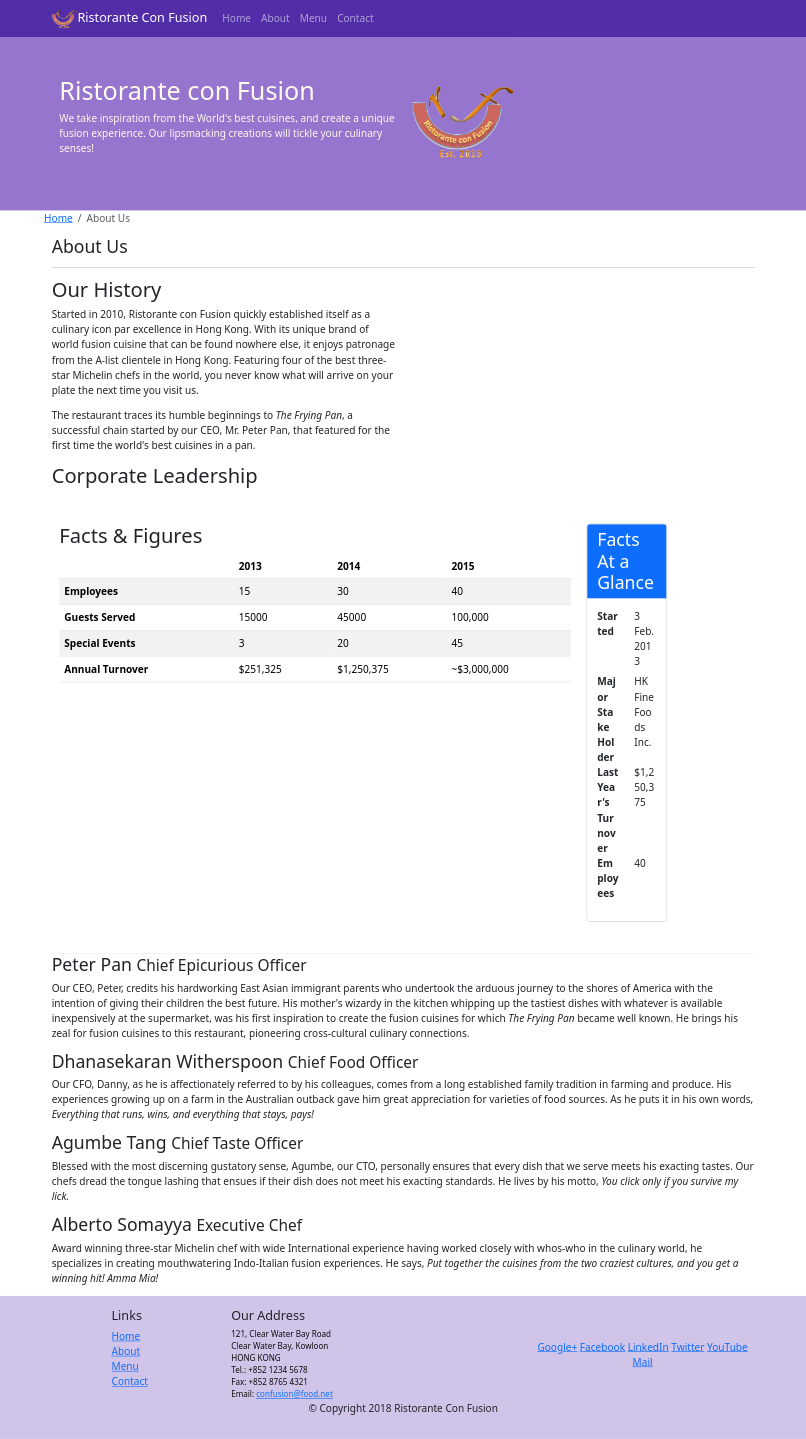
Repository: DungBuiTuan/FER201m
Page: aboutus.html
An editor plug-in stored every save of this project. The page is shown before and after the next save, followed by the edit.
The browser window is 1280 px wide. The pictures show the whole page, at 63% of full size.
Some web libraries are served in a nearby version.

Above is the page before, as saved 2023-05-18 00:09:53.

### aboutus.html
<!DOCTYPE html>
<html lang="en">

<head>

    <title>Ristorante Con Fusion: About Us</title>
    <meta charset="utf-8">
    <meta name="viewport" content="width=device-width, initial-scale=1, shrink-to-fit=no">
    <meta http-equiv="x-ua-compatible" content="ie=edge">
    <!-- Bootstrap CSS -->
    <link rel="stylesheet" href="node_modules/bootstrap/dist/css/bootstrap.min.css">
    <link href="CSS/styles.css" rel="stylesheet">
</head>

<body>
    <nav class="navbar navbar-dark navbar-expand-sm fixed-top">
        <div class="container">
            <button class="navbar-toggler" type="button" data-toggle="collapse" data-target="#Navbar">
                <span class="navbar-toggler-icon"></span>
            </button>
            <a class="navbar-brand mr-auto" href="#"><img src="img/img/logo.png" height="30" width="41">Ristorante Con Fusion</a>
            <div class="collapse navbar-collapse" id="Navbar">
                <ul class="navbar-nav mr-auto">
                    <li class="nav-item active"><a class="nav-link" href="#">Home</a></li>
                    <li class="nav-item"><a class="nav-link" href="./aboutus.html">About</a></li>
                    <li class="nav-item"><a class="nav-link" href="#">Menu</a></li>
                    <li class="nav-item"><a class="nav-link" href="#">Contact</a></li>
                </ul>
            </div>

        </div>

    </nav>
    <header class="jumbotron">
        <div class="container">
            <div class="row row-header">
                <div class="col-12 col-sm-6">
                    <h1>Ristorante con Fusion</h1>
                    <p>We take inspiration from the World's best cuisines, and create a unique fusion experience. Our lipsmacking creations will tickle your culinary senses!</p>
                </div>
                <div class="col-12 col-sm align-self-center">
                    <img src="img/img/logo.png" class="img-fluid">
                </div>
            </div>
        </div>
    </header>

    <div class="container">
        <div class="row">
            <ol class="col-12 breadcrumb">
                <li class="breadcrumb-item"><a href="./index.html">Home</a></li>
                <li class="breadcrumb-item active">About Us</li>
            </ol>
            <div class="col-12">
               <h3>About Us</h3>
               <hr>
            </div>
        </div>

        <div class="row">
            <div class="col-12 col-sm-6 col-md-6">
                <h2>Our History</h2>
                <p>Started in 2010, Ristorante con Fusion quickly established itself as a culinary icon par excellence in Hong Kong. With its unique brand of world fusion cuisine that can be found nowhere else, it enjoys patronage from the A-list clientele in Hong Kong.  Featuring four of the best three-star Michelin chefs in the world, you never know what will arrive on your plate the next time you visit us.</p>
                <p>The restaurant traces its humble beginnings to <em>The Frying Pan</em>, a successful chain started by our CEO, Mr. Peter Pan, that featured for the first time the world's best cuisines in a pan.</p>
            </div>
            <div>
            </div>
        </div>


        <div class="row">
            <div class="col col-sm col-md">
                <div>
                    <div>
                        <h2>Corporate Leadership</h2>
                        <div class="row row-content">
                            <div class="col-12 col-sm-9">
                                <h2>Facts &amp; Figures</h2>
                                <div class="table-responsive">
                                    <table class="table table-striped">
                                        <thead class="thead-dark">
                                            <tr>
                                                <th>&nbsp;</th>
                                                <th>2013</th>
                                                <th>2014</th>
                                                <th>2015</th>
                                            </tr>
                                        </thead>
                                        <tbody>
                                            <tr>
                                                <th>Employees</th>
                                                <td>15</td>
                                                <td>30</td>
                                                <td>40</td>
                                            </tr>
                                            <tr>
                                                <th>Guests Served</th>
                                                <td>15000</td>
                                                <td>45000</td>
                                                <td>100,000</td>
                                            </tr>
                                            <tr>
                                                <th>Special Events</th>
                                                <td>3</td>
                                                <td>20</td>
                                                <td>45</td>
                                            </tr>
                                            <tr>
                                                <th>Annual Turnover</th>
                                                <td>$251,325</td>
                                                <td>$1,250,375</td>
                                                <td>~$3,000,000</td>
                                            </tr>
                                        </tbody>
                                    </table>
                                </div>
                            </div>
                            <div class="col-12 col-sm-3">
                                <div class="col-12 col-sm-6">
                                    <div class="card">
                                        <h3 class="card-header bg-primary text-white">Facts At a Glance</h3>
                                        <div class="card-body">
                                            <dl class="row">
                                                <dt class="col-6">Started</dt>
                                                <dd class="col-6">3 Feb. 2013</dd>
                                                <dt class="col-6">Major Stake Holder</dt>
                                                <dd class="col-6">HK Fine Foods Inc.</dd>
                                                <dt class="col-6">Last Year's Turnover</dt>
                                                <dd class="col-6">$1,250,375</dd>
                                                <dt class="col-6">Employees</dt>
                                                <dd class="col-6">40</dd>
                                            </dl>
                                        </div>
                                    </div>
                                </div>

                            </div>
                       </div>

                        <h3>Peter Pan <small>Chief Epicurious Officer</small></h3>
                    </div>
                    <div class="d-none d-sm-block">
                        <p>Our CEO, Peter, credits his hardworking East Asian immigrant parents who undertook the arduous journey to the shores of America with the intention of giving their children the best future. His mother's wizardy in the kitchen whipping up the tastiest dishes with whatever is available inexpensively at the supermarket, was his first inspiration to create the fusion cuisines for which <em>The Frying Pan</em> became well known. He brings his zeal for fusion cuisines to this restaurant, pioneering cross-cultural culinary connections.</p>
                    </div>
                </div>
                <div>
                    <div>
                        <h3>Dhanasekaran Witherspoon <small>Chief Food Officer</small></h3>
                    </div>
                    <div class="d-none d-sm-block">
                        <p>Our CFO, Danny, as he is affectionately referred to by his colleagues, comes from a long established family tradition in farming and produce. His experiences growing up on a farm in the Australian outback gave him great appreciation for varieties of food sources. As he puts it in his own words, <em>Everything that runs, wins, and everything that stays, pays!</em></p>
                    </div>
                </div>
                <div>
                    <div>
                        <h3>Agumbe Tang <small>Chief Taste Officer</small></h3>
                    </div>
                    <div class="d-none d-sm-block">
                        <p>Blessed with the most discerning gustatory sense, Agumbe, our CTO, personally ensures that every dish that we serve meets his exacting tastes. Our chefs dread the tongue lashing that ensues if their dish does not meet his exacting standards. He lives by his motto, <em>You click only if you survive my lick.</em></p>
                    </div>
                </div>
                <div>
                    <div>
                        <h3>Alberto Somayya <small>Executive Chef</small></h3>
                    </div>
                    <div class="d-none d-sm-block">
                        <p>Award winning three-star Michelin chef with wide International experience having worked closely with whos-who in the culinary world, he specializes in creating mouthwatering Indo-Italian fusion experiences. He says, <em>Put together the cuisines from the two craziest cultures, and you get a winning hit! Amma Mia!</em></p>
                    </div>
                </div>
            </div>
       </div>
    </div>

    <footer class="footer">
        <div class="container">
            <div class="row">
                <div class="col-4 offset-1 col-sm-2">
                    <h5>Links</h5>
                    <ul class="list-unstyled">
                        <li><a href="#">Home</a></li>
                        <li><a href="#">About</a></li>
                        <li><a href="#">Menu</a></li>
                        <li><a href="#">Contact</a></li>
                    </ul>
                </div>
                <div class="col-7 col-sm-5">
                    <h5>Our Address</h5>
                    <address>
		              121, Clear Water Bay Road<br>
		              Clear Water Bay, Kowloon<br>
		              HONG KONG<br>
		              Tel.: +852 1234 5678<br>
		              Fax: +852 8765 4321<br>
		              Email: <a href="mailto:confusion@food.net">confusion@food.net</a>
		           </address>
                </div>
                <div class="col-12 col-sm-4 align-self-center">
                    <div class="text-center">
                        <a href="http://google.com/+">Google+</a>
                        <a href="http://www.facebook.com/profile.php?id=">Facebook</a>
                        <a href="http://www.linkedin.com/in/">LinkedIn</a>
                        <a href="http://twitter.com/">Twitter</a>
                        <a href="http://youtube.com/">YouTube</a>
                        <a href="mailto:">Mail</a>
                    </div>
                </div>
           </div>
           <div class="row justify-content-center">
                <div class="col-auto">
                    <p>© Copyright 2018 Ristorante Con Fusion</p>
                </div>
           </div>
        </div>
    </footer>

</body>

</html>

### css/styles.css
body{
    padding:50px 0px 0px 0px;
    z-index:0;
}

.navbar-dark {
     background-color: #512DA8;
}

.row-header{
    margin:0px auto;
    padding:0px;
}

.row-content {
    margin:0px auto;
    padding: 50px 0px 50px 0px;
    border-bottom: 1px ridge;
    min-height:400px;
}

.footer{
    background-color: #D1C4E9;
    margin:0px auto;
    padding: 20px 0px 20px 0px;
}

.jumbotron {
    padding:70px 30px 70px 30px;
    margin:0px auto;
    background: #9575CD ;
    color:floralwhite;
}

address{
    font-size:80%;
    margin:0px;
    color:#0f0f0f;
}

After the next save:
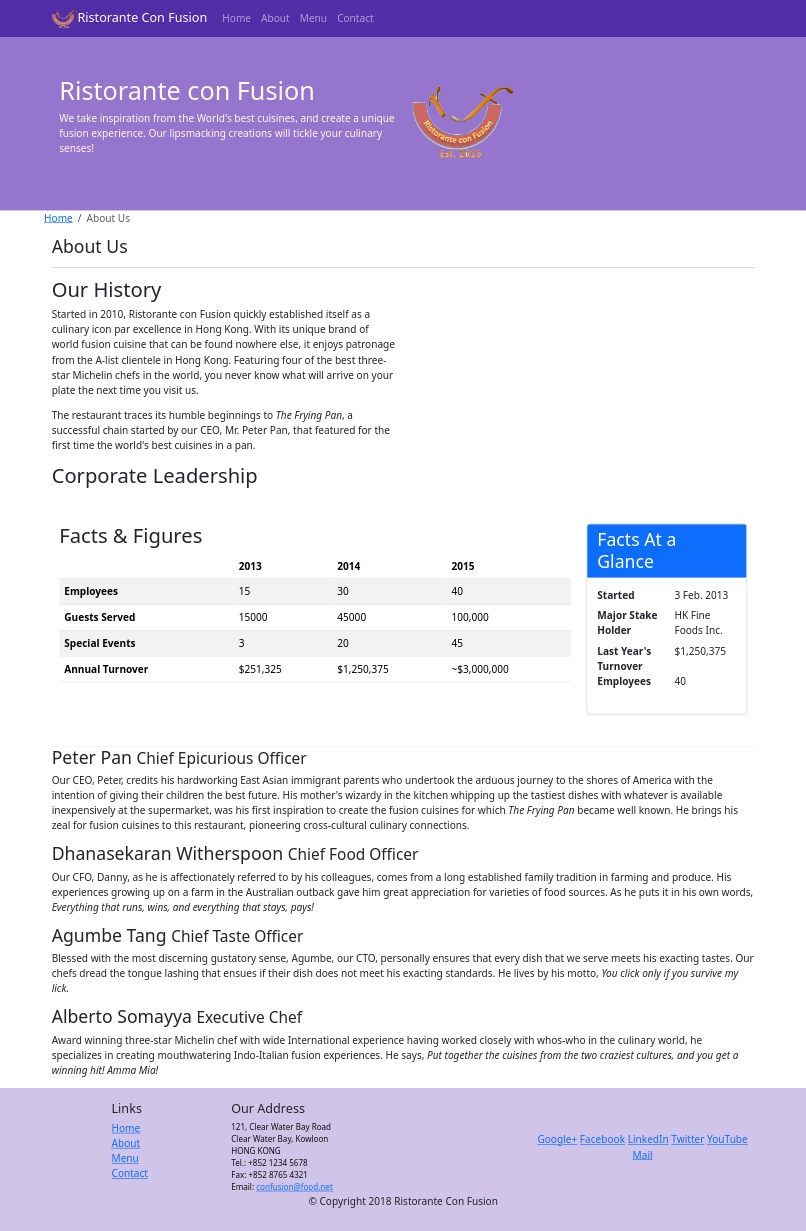
Saved 28 s later.
--- a/aboutus.html
+++ b/aboutus.html
@@ -116,24 +116,23 @@
                                 </div>
                             </div>
                             <div class="col-12 col-sm-3">
-                                <div class="col-12 col-sm-6">
-                                    <div class="card">
-                                        <h3 class="card-header bg-primary text-white">Facts At a Glance</h3>
-                                        <div class="card-body">
-                                            <dl class="row">
-                                                <dt class="col-6">Started</dt>
-                                                <dd class="col-6">3 Feb. 2013</dd>
-                                                <dt class="col-6">Major Stake Holder</dt>
-                                                <dd class="col-6">HK Fine Foods Inc.</dd>
-                                                <dt class="col-6">Last Year's Turnover</dt>
-                                                <dd class="col-6">$1,250,375</dd>
-                                                <dt class="col-6">Employees</dt>
-                                                <dd class="col-6">40</dd>
-                                            </dl>
-                                        </div>
+                                <div class="card">
+                                    <h3 class="card-header bg-primary text-white">Facts At a Glance</h3>
+                                    <div class="card-body">
+                                        <dl class="row">
+                                            <dt class="col-6">Started</dt>
+                                            <dd class="col-6">3 Feb. 2013</dd>
+                                            <dt class="col-6">Major Stake Holder</dt>
+                                            <dd class="col-6">HK Fine Foods Inc.</dd>
+                                            <dt class="col-6">Last Year's Turnover</dt>
+                                            <dd class="col-6">$1,250,375</dd>
+                                            <dt class="col-6">Employees</dt>
+                                            <dd class="col-6">40</dd>
+                                        </dl>
                                     </div>
+
+
                                 </div>
-
                             </div>
                        </div>
 
